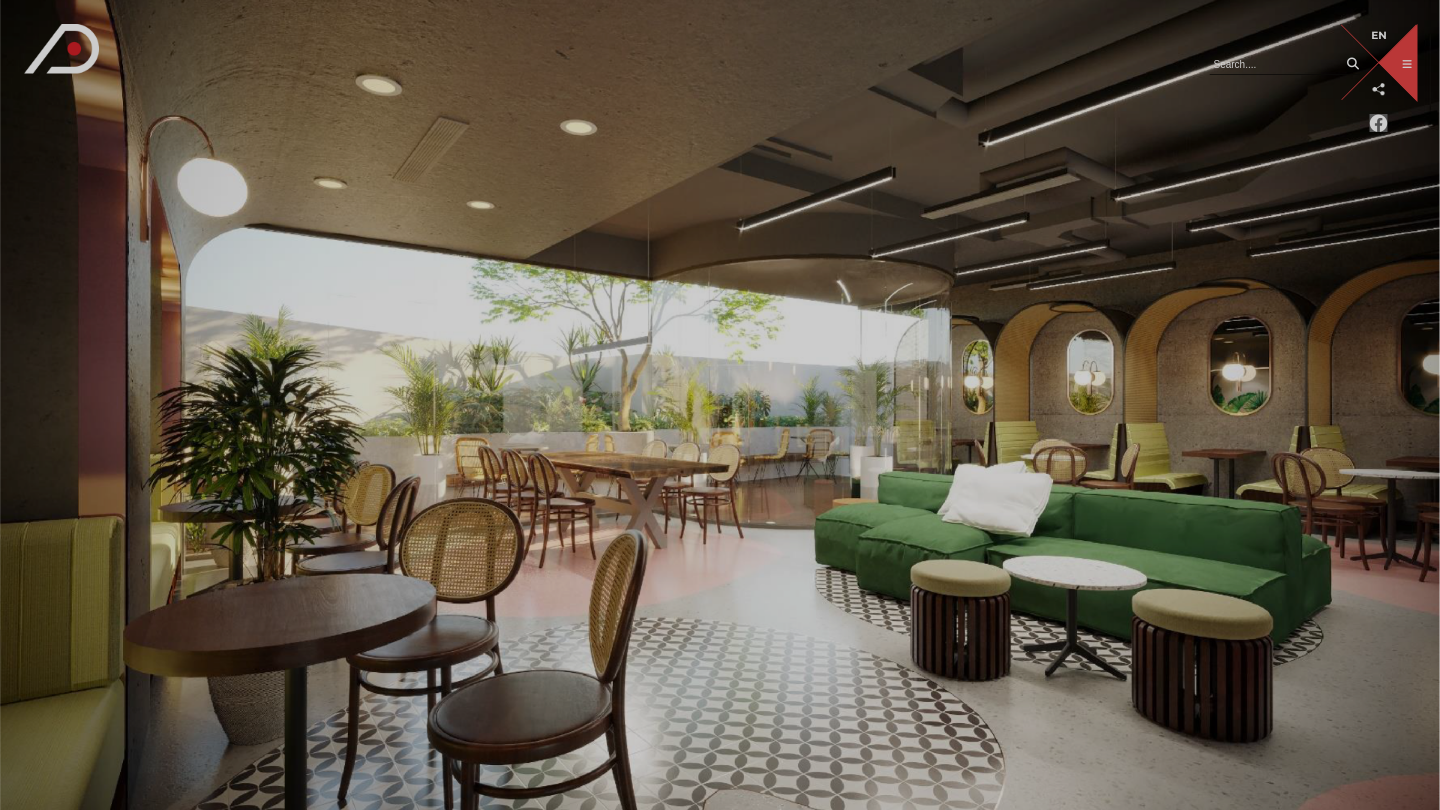
Repository: iphoneboy46/demoMonaFigma
Page: index.html
These files come from the project's save history. The page is drawn as it stood at one moment and after the next save; the edit follows.
The browser window is 1280 px wide. The page is 1920 px wide, so the pictures cover 1920 px, including what lies to the right of the window. The pictures show the whole page, at 75% of full size.
Some web libraries are served in a nearby version.

Above is the page before, as saved 2023-03-20 13:16:33.

After the next save:
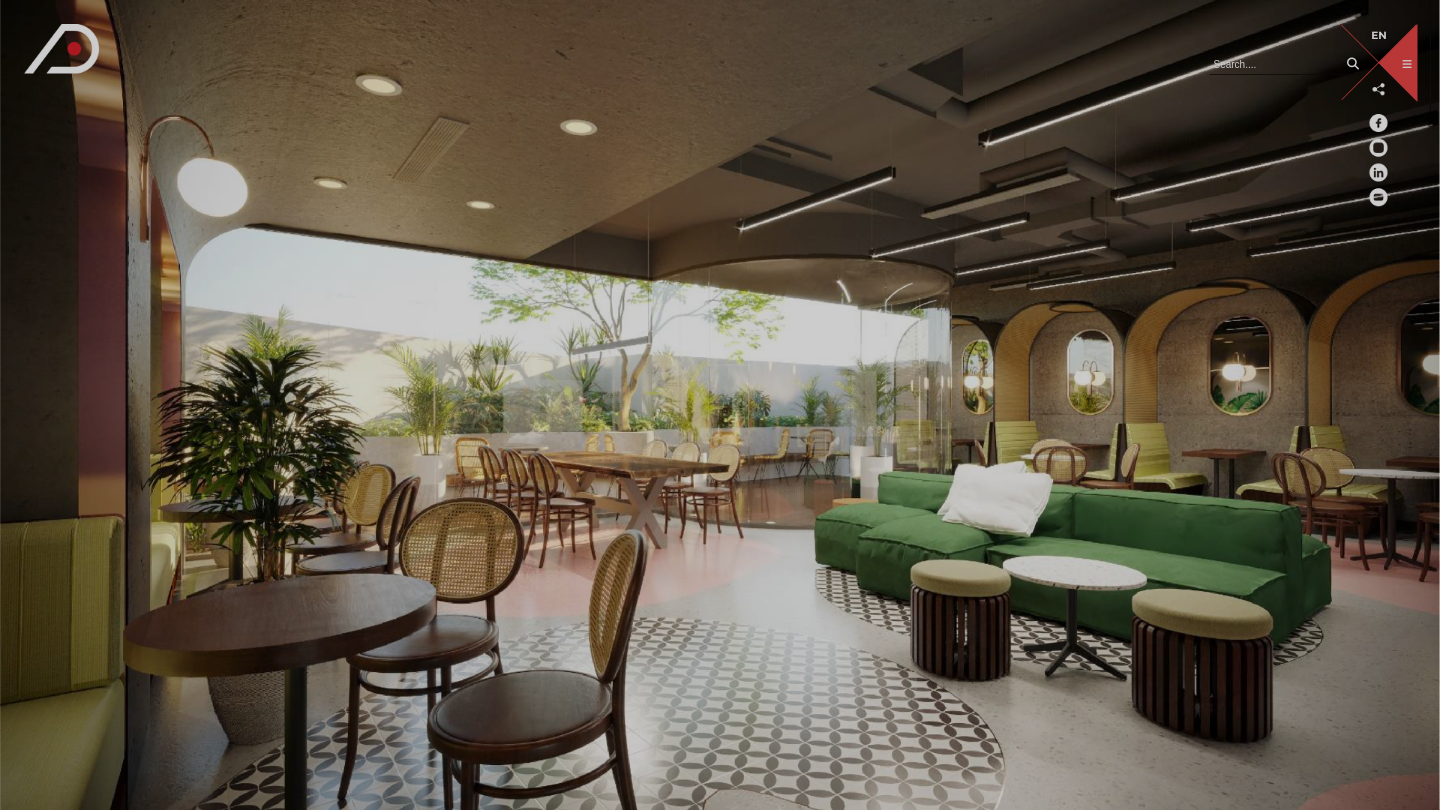
Saved 22 s later.
--- a/index.html
+++ b/index.html
@@ -57,22 +57,22 @@
               <ul class="header_menu--links">
                 <li>
                     <a href="">
-                        <i class="fa-brands fa-facebook"></i>
+                        <img src="image/01.Facebook.png" alt="">
                     </a>
                 </li>
                 <li>
                     <a href="">
-
+                        <img src="image/Vector (1).png" alt="">
                     </a>
                 </li>
                 <li>
                     <a href="">
-
+                        <img src="image/10.Linkedin.png" alt="">
                     </a>
                 </li>
                 <li>
                     <a href="">
-
+                        <img src="image/ytb.png" alt="">
                     </a>
                 </li>
             </ul>
